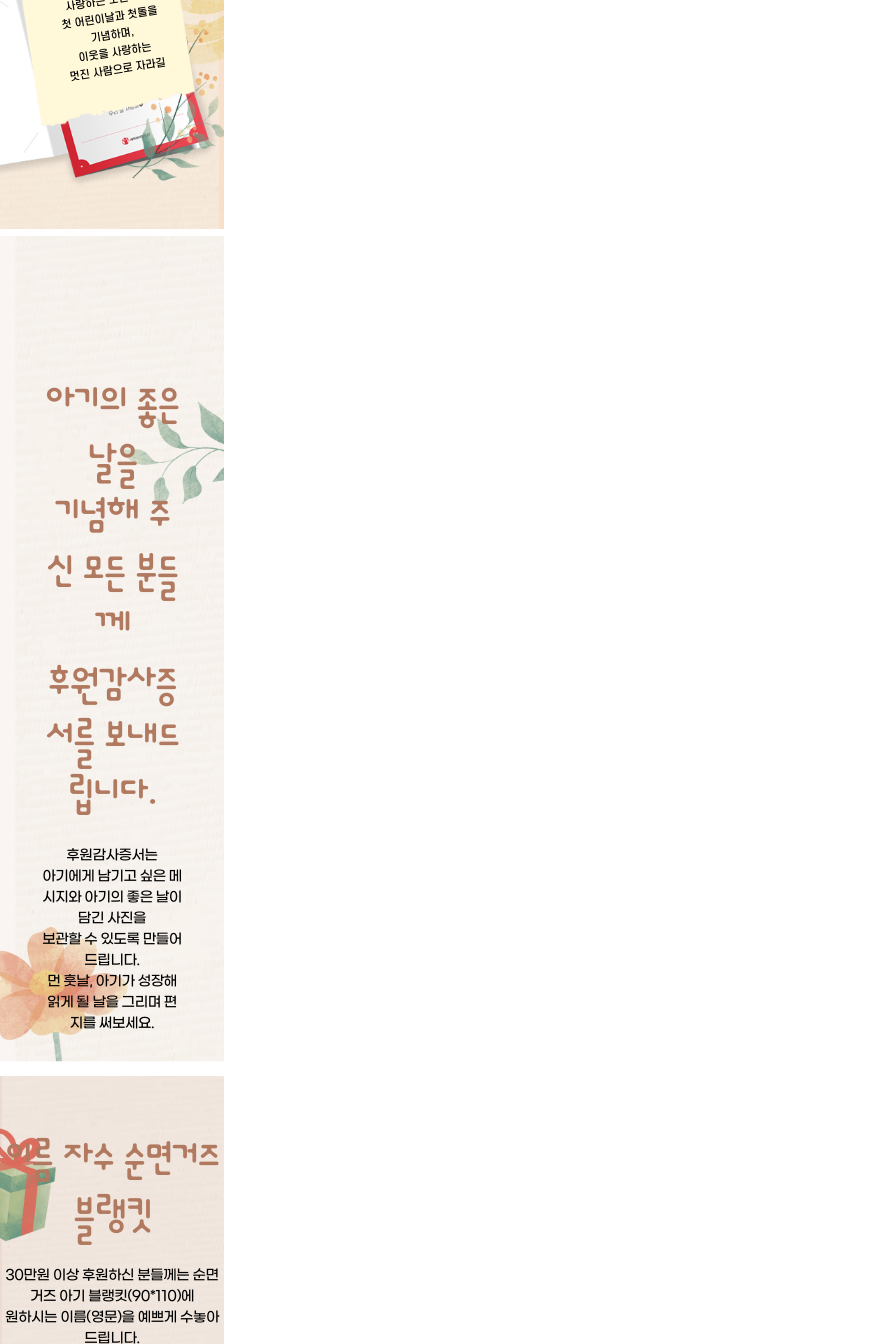
Repository: dlgywls1130/save_the_m320
Page: index.html
An editor plug-in stored every save of this project. The page is shown before and after the next save, followed by the edit.
The browser window is 1280 px wide. The pictures show the part of the page from y = 1603 to 3523 px (the page is 8180 px tall), at 70% of full size.

Above is the page before, as saved 2023-12-21 01:16:21.

After the next save:
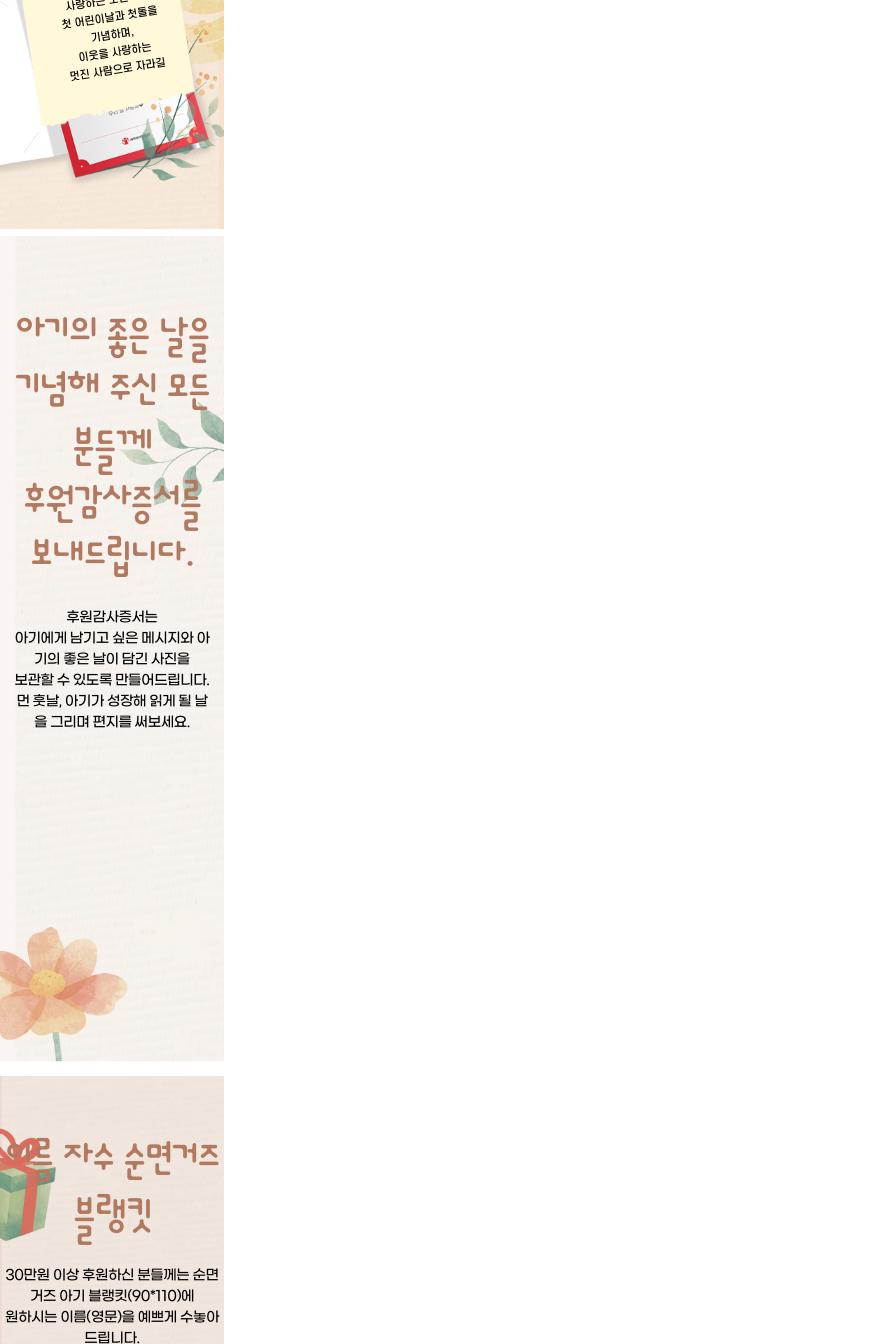
Saved 118 s later.
--- a/css/style.css
+++ b/css/style.css
@@ -352,7 +352,7 @@
 }
 
 .se03{
-    padding: 200px 60px 96px;
+    padding: 100px 20px 70px;
     box-sizing: border-box;
     height: 100%;
 }
